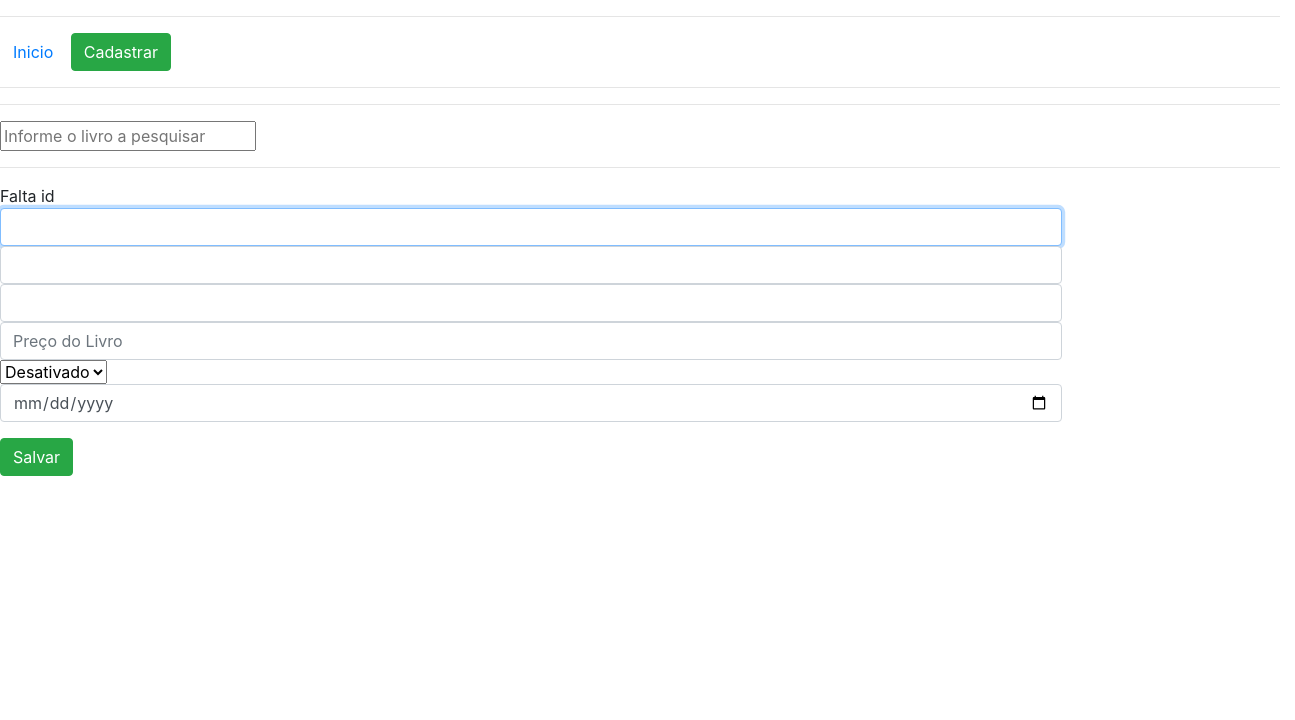
Repository: zz4fff/CRUD-MVC-PHP
Page: http://localhost/view/editar.php
The author's editor kept a copy of each file at every save. The page is drawn from the files as they stood at one save, then again after the next save.
The browser window is 1280 px wide. The page is 1295 px wide, so the pictures cover 1295 px, including what lies to the right of the window. The pictures show the whole page.
The page is run by PHP 8.4 with error messages shown; the project is at /var/www/html/. Queries for data that is not in the repository find no rows.

Above is the page before, as saved 2025-01-31 13:51:47.

### view/editar.php
<!DOCTYPE HTML>

<html>
<?php include("head.php") ?>

<body>
  <?php include("menu.php") ?>
  <?php require_once("../controller/ControllerEditar.php"); ?>

  <div class="row">
    <form method="post" action="<?php echo '../controller/ControllerEditar.php?id='.$editar->getNome() ?>" id="form" name="form" onsubmit="validar(document.form); return false;" class="col-10">
      <div class="form-group">
        <input class="form-control" type="text" id="nome" name="nome" value="<?php echo $editar->getNome(); ?>" required autofocus>
        <input class="form-control" type="text" id="autor" name="autor" value="<?php echo $editar->getAutor(); ?>" required>
        <input class="form-control" type="number" id="quantidade" name="quantidade" value="<?php echo $editar->getQuantidade(); ?>" required>
        <input class="form-control" type="text" id="preco" name="preco" placeholder="Preço do Livro" onkeyup="formatarMoeda();" value="<?php echo $editar->getPreco(); ?>" required>

        <select name="flag">
          <?php $c = $editar->getFlag(); ?>

          <option value="<?php echo $editar->getFlag(); ?>"><?php echo ($editar->getFlag() == 0) ? "Desativado" : "Ativado" ?></option>
          <option value="<?php echo ($c == 0) ? "1" : "0" ?>"><?php echo ($editar->getFlag() != 0) ? "Desativado" : "Ativado" ?></option>
        </select>

        <input class="form-control" type="date" id="data" name="data" value="<?php echo $editar->getData(); ?>" required>
      </div>
      <div class="form-group">
        <input type="hidden" name="id" value="<?php echo $editar->getNome(); ?>">

        <button type="submit" class="btn btn-success" id="editar" name="submit" value="editar">Salvar</button>
      </div>
    </form>
  </div>

  <script language="javascript" type="text/javascript">
    function formatarMoeda() {
      var elemento = document.getElementById('preco');
      var valor = elemento.value;

      valor = valor + '';
      valor = parseInt(valor.replace(/[\D]+/g, ''));
      valor = valor + '';
      valor = valor.replace(/([0-9]{2})$/g, ",$1");

      if (valor.length > 6) {
        valor = valor.replace(/([0-9]{3}),([0-9]{2}$)/g, ".$1,$2");
      }

      elemento.value = valor;
    }

    function validar(formulario) {
      var quantidade = form.quantidade.value;
      var preco = form.preco.value;

      for (i = 0; i <= formulario.length - 2; i++) {
        if ((formulario[i].value == "")) {
          alert("Preencha o campo " + formulario[i].name);
          formulario[i].focus();

          return false;
        }
      }

      if (quantidade <= 0) {
        alert('A quantidade de páginas não pode ser igual ou inferior a 0');
        form.quantidade.focus();

        return false;
      }

      if (preco <= 0) {
        alert('O preço do livro não pode ser igual ou inferior a 0');
        form.preco.focus();

        return false;
      }

      formulario.submit();
    }
  </script>
</body>

</html>

### view/head.php
<head>
  <meta charset="utf-8">
  <meta name="viewport" content="width=device-width, initial-scale=1.0">
  <title>Livraria</title>
  <link rel="stylesheet" href="https://stackpath.bootstrapcdn.com/bootstrap/4.1.1/css/bootstrap.min.css" integrity="sha384-WskhaSGFgHYWDcbwN70/dfYBj47jz9qbsMId/iRN3ewGhXQFZCSftd1LZCfmhktB" crossorigin="anonymous">
  <script type="text/javascript" src="https://code.jquery.com/jquery-3.3.1.min.js"></script>
</head>

### view/menu.php
<hr>
  <a href="index.php" class="btn btn-default">Inicio</a>
  <a href="cadastro.php" class="btn btn-success">Cadastrar</a>
<hr>

<hr>
  <input id="pesquisarParte" type="text" class="input" placeholder="Informe o livro a pesquisar" onkeypress="pesquisarParte();">
<hr>

<script language="javascript" type="text/javascript">
    function formatarMoeda() {
      var elemento = document.getElementById('pesquisarParte');
      var valor = elemento.value;

    }
</script>

### controller/ControllerEditar.php
<?php
require_once("../model/banco.php");

class editarController {
  private $editar;
  private $nome;
  private $autor;
  private $quantidade;
  private $preco;
  private $data;
  private $flag;

  public function __construct($id) {
    $this->editar = new Banco();
    $this->criarFormulario($id);
  }

  private function criarFormulario($id) {
    if (!isset($id)) {
      echo "Falta id<br>";
    } else {
      $row = $this->editar->pesquisaLivro($id);
      $this->nome = $row['nome'];
      $this->autor = $row['autor'];
      $this->quantidade = $row['quantidade'];
      $this->preco = $row['preco'];
      $this->data = $row['data'];
      $this->flag = $row['flag'];
    }
  }

  public function editarFormulario($nome,$autor,$quantidade,$preco,$data,$flag,$id) {
    if ($this->editar->updateLivro($nome, $autor, $quantidade, $preco, $flag, $data, $id) == TRUE) {
      echo "<script>alert('Registro incluído com
      sucesso!');document.location='../view/index.php'</script>";
    } else {
      echo "<script>alert('Erro ao gravar registro!');history.back()</script>";
    }
  }

  public function getNome() {
    return $this->nome;
  }

  public function getAutor() {
    return $this->autor;
  }

  public function getQuantidade() {
    return $this->quantidade;
  }

  public function getPreco() {
    return $this->preco;
  }

  public function getData() {
    return $this->data;
  }

  public function getFlag() {
    return $this->flag;
  }
}

$id = filter_input(INPUT_GET, 'id');
echo $id;
$editar = new editarController($id);
if (isset($_POST['submit'])) {
  $editar->editarFormulario($_POST['nome'], $_POST['autor'],
  $_POST['quantidade'], $_POST['preco'], $_POST['data'], $_POST['flag'],
  $_POST['id']);
}
?>

### model/banco.php
<?php
require_once("../init.php");

class Banco{
  protected $mysqli;

  public function __construct() {
    $this->conexao();
  }

  private function conexao() {
    $this->mysqli = new mysqli(BD_SERVIDOR, BD_USUARIO, BD_SENHA, BD_BANCO);
    if (!$this->mysqli->ping()) {
      printf("Error: %s\n", $this->mysqli->error);
    }
  }

  public function setLivro($nome, $autor, $quantidade, $preco, $data) {
    $stmt = $this->mysqli->prepare("INSERT INTO livros (`nome`, `autor`, `quantidade`, `preco`, `data`) VALUES (?,?,?,?,?)");
    $stmt->bind_param("sssss", $nome, $autor, $quantidade, $preco, $data);
    if ($stmt->execute() == TRUE) {
      return true;
    } else  {
      return false;
    }
  }

  public function getLivro() {
    $result = $this->mysqli->query("SELECT * FROM `livros`");
    while ($row = $result->fetch_array(MYSQLI_ASSOC)) {
      $array[] = $row;
    }
    return $array;
  }

  public function deleteLivro($id) {
    // TODO: Inserir confirmação de exclusão aqui
    if ($this->mysqli->query("DELETE FROM `livros` WHERE `nome` = '".$id."';") == TRUE) {
      return true;
    } else {
      return false;
    }
  }

  public function pesquisaLivro($id) {
    $result = $this->mysqli->query("SELECT * FROM `livros` WHERE `nome`='$id';");
    return $result->fetch_array(MYSQLI_ASSOC);
  }

  public function pesquisaParteDeLivro($parte_do_nome) {
    $result = $this->mysqli->query("SELECT * FROM `livros` WHERE `nome` LIKE '%$parte_do_nome%';");
    return $result->fetch_array(MYSQLI_ASSOC);
  }

  public function updateLivro($nome, $autor, $quantidade, $preco, $flag, $data, $id) {
    $stmt = $this->mysqli->prepare("UPDATE `livros` SET `nome`=?, `autor`=?, `quantidade`=?, `preco`=?, `flag`=?,`data`=? WHERE `nome`=? ");
    $stmt->bind_param("sssssss", $nome, $autor, $quantidade, $preco, $flag, $data, $id);
    if ($stmt->execute() == TRUE)   {
      return true;
    } else {
      return false;
    }
  }
}
?>

### init.php
<?php
// timezone
date_default_timezone_set('America/Sao_Paulo');

// conexão com o banco de dados
define('BD_SERVIDOR', 'localhost');
define('BD_USUARIO', 'root');
define('BD_SENHA', '');
define('BD_BANCO', 'livraria');
?>

After the next save:
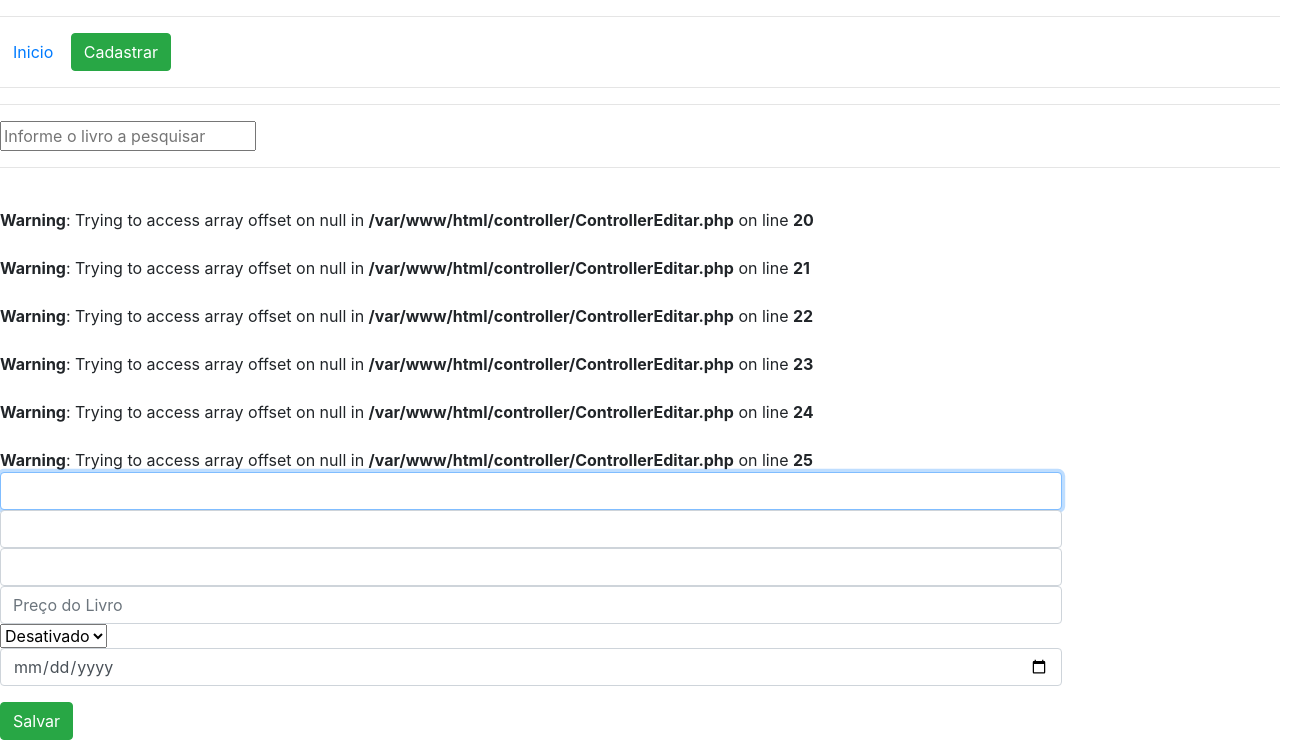
Saved 65 s later.
--- a/controller/ControllerEditar.php
+++ b/controller/ControllerEditar.php
@@ -16,17 +16,13 @@ class editarController {
   }
 
   private function criarFormulario($id) {
-    if (!isset($id)) {
-      echo "Falta id<br>";
-    } else {
-      $row = $this->editar->pesquisaLivro($id);
-      $this->nome = $row['nome'];
-      $this->autor = $row['autor'];
-      $this->quantidade = $row['quantidade'];
-      $this->preco = $row['preco'];
-      $this->data = $row['data'];
-      $this->flag = $row['flag'];
-    }
+    $row = $this->editar->pesquisaLivro($id);
+    $this->nome = $row['nome'];
+    $this->autor = $row['autor'];
+    $this->quantidade = $row['quantidade'];
+    $this->preco = $row['preco'];
+    $this->data = $row['data'];
+    $this->flag = $row['flag'];
   }
 
   public function editarFormulario($nome,$autor,$quantidade,$preco,$data,$flag,$id) {
@@ -64,7 +60,6 @@ class editarController {
 }
 
 $id = filter_input(INPUT_GET, 'id');
-echo $id;
 $editar = new editarController($id);
 if (isset($_POST['submit'])) {
   $editar->editarFormulario($_POST['nome'], $_POST['autor'],
